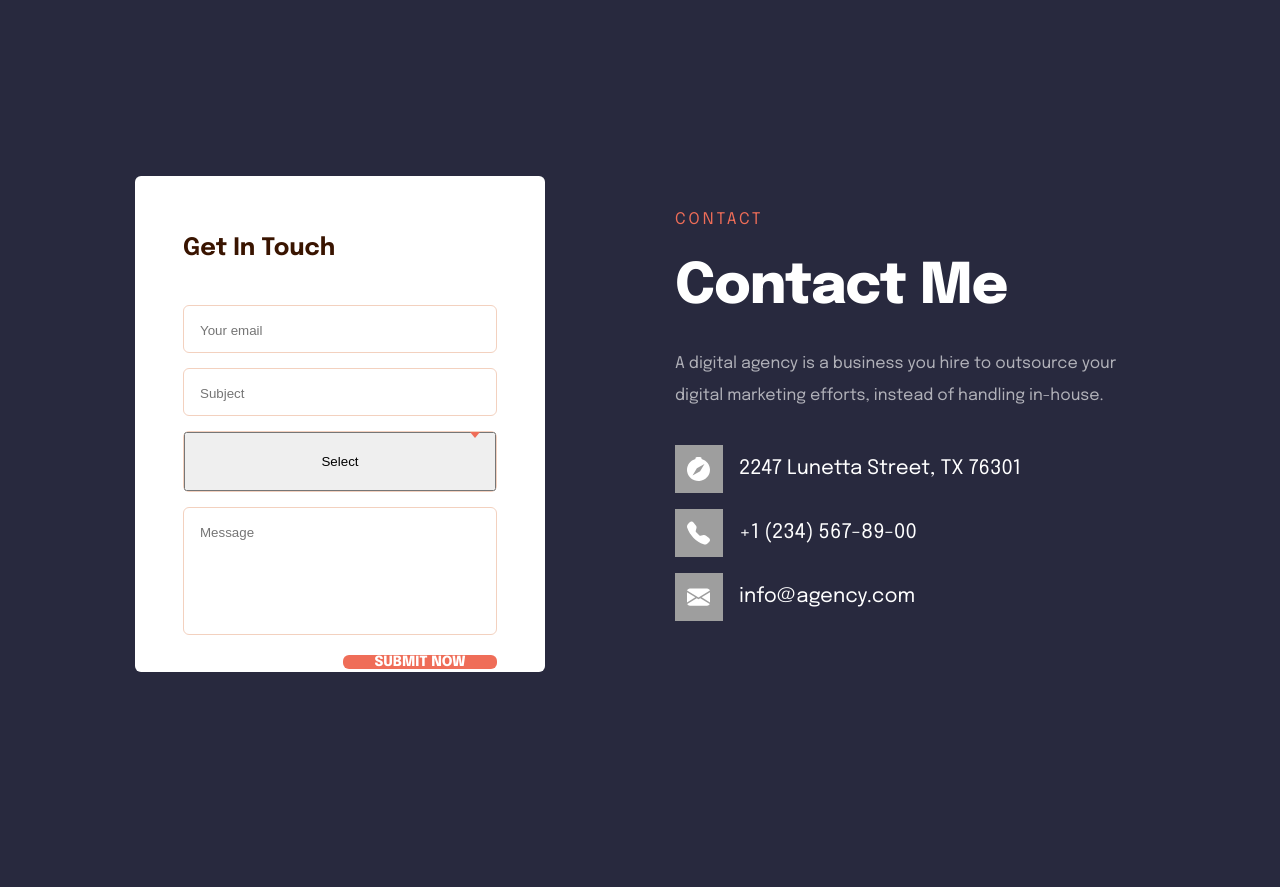
Repository: NatiqSamiyev/form-task-2
Page: index.html
The author's editor kept a copy of each file at every save. The page is drawn from the files as they stood at one save, then again after the next save.
The browser window is 1280 px wide. The pictures show the whole page.
Pictures or frames that could not be fetched are drawn as grey boxes. Some web fonts or font styles are not loaded; a fallback is used.

Above is the page before, as saved 2023-10-26 11:44:29.

After the next save:
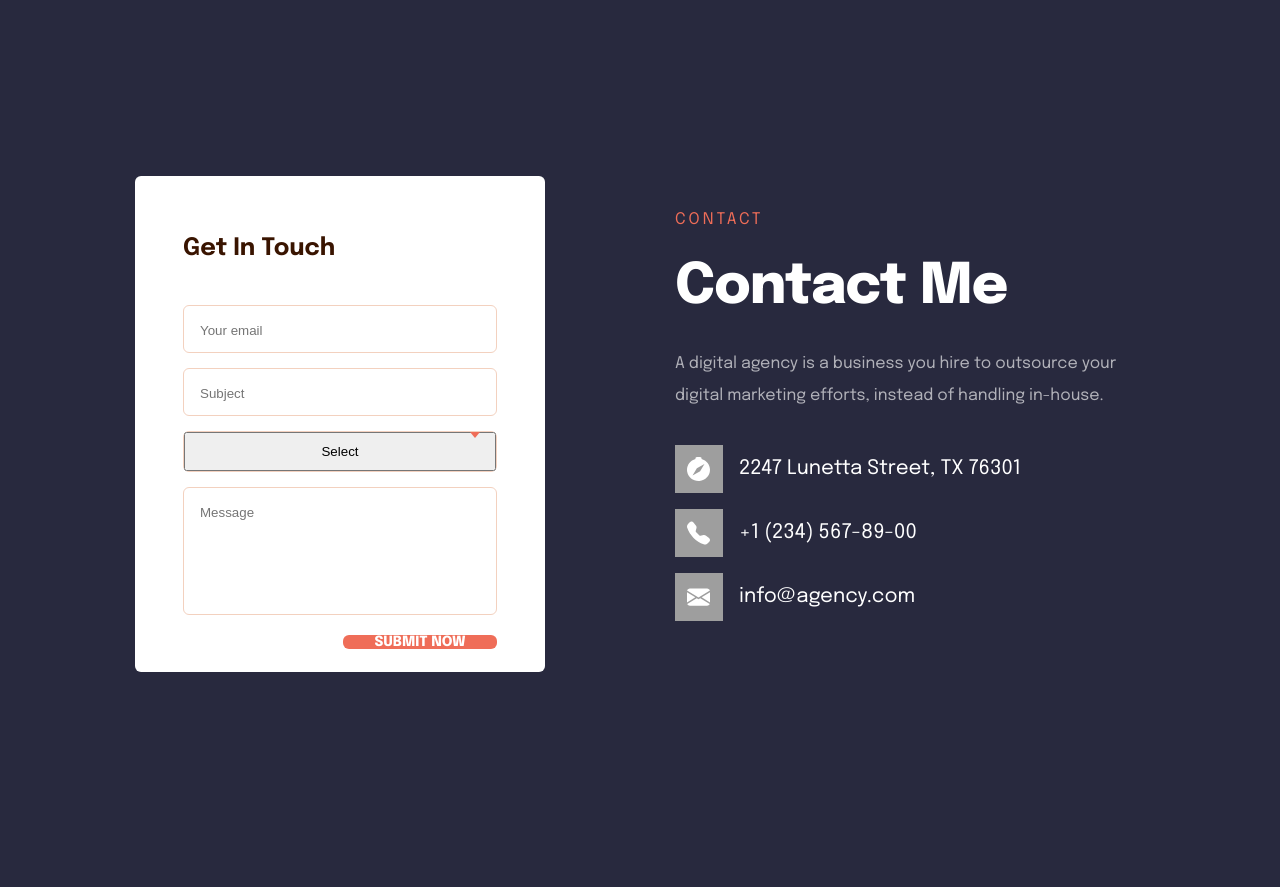
Saved 9 s later.
--- a/index.css
+++ b/index.css
@@ -168,7 +168,7 @@ position: relative;
 .select-box button{
   width: 100%;
   height: 100%;
-  padding: 20px 16px;
+  padding: 10px 16px;
 
 }
 .select-box svg{
